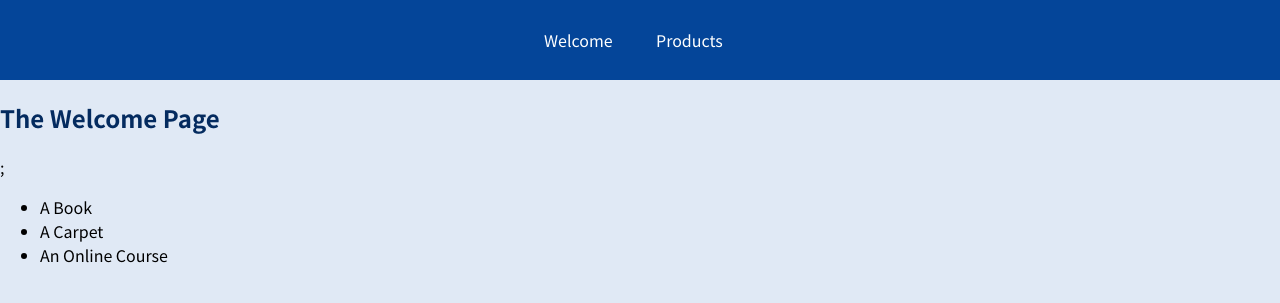
Repository: wenxi0504/13-ReactRouter
Page: /products
The author's editor kept a copy of each file at every save. The page is drawn from the files as they stood at one save, then again after the next save.
The browser window is 1280 px wide. The pictures show the whole page.
The project was rebuilt for these pictures with package versions that can differ from the ones it lists, and the page was loaded fresh each time. Also part of the build but not shown: src/pages/Welcome.js, src/pages/ProductDetails.js.

Above is the page before, as saved 2022-07-24 23:13:51.

### src/App.js
import { Route } from "react-router-dom";
import Welcome from "./pages/Welcome";
import Products from "./pages/Products";
import MainHeader from "./components/MainHeader";
import ProductDetail from "./pages/ProductDetails";

function App() {
  return (
    <div>
      <MainHeader />
      <Route path="/welcome">
        <Welcome />
      </Route>
      <Route path="/products">
        <Products />
      </Route>
      <Route path="/products/:productId">
        <ProductDetail />
      </Route>
    </div>
  );
}

export default App;

### src/pages/Products.js
import { Link } from "react-router-dom";

const Products = () => {
  return (
    <section>
      <h1>The Welcome Page</h1>;
      <ul>
        <li>A Book</li>
        <li>A Carpet</li>
        <li>An Online Course</li>
      </ul>
    </section>
  );
};

export default Products;

### src/components/MainHeader.js
import { Link, NavLink } from "react-router-dom";
import classes from "./MainHeader.module.css";
const MainHeader = () => {
  return (
    <header className={classes.header}>
      <nav>
        <ul>
          <li>
            {/* <Link href="/welcome">Welcome</Link> */}
            <NavLink activeClassName={classes.active} to="/welcome">
              Welcome
            </NavLink>
          </li>
          <li>
            <NavLink to="/products">Products</NavLink>
          </li>
        </ul>
      </nav>
    </header>
  );
};

export default MainHeader;

### src/components/MainHeader.module.css
.header {
    width: 100%;
    height: 5rem;
    background-color: #044599;
    padding: 0 10%;
}

.header nav {
    height: 100%;
}

.header ul {
    height: 100%;
    list-style: none;
    display: flex;
    padding: 0;
    margin: 0;
    align-items: center;
    justify-content: center;
}

.header li {
    margin: 0 1rem;
    width: 5rem;
}

.header a {
    color: white;
    text-decoration: none;
}

.header a:hover,
.header a:active,
.header a.active {
    color: #95bcf0;
    padding-bottom: 0.25rem;
    border-bottom: 4px solid #95bcf0;
}

Loaded but not shown: public/index.html (common file); src/index.js (common file); src/index.css (common file)

After the next save:
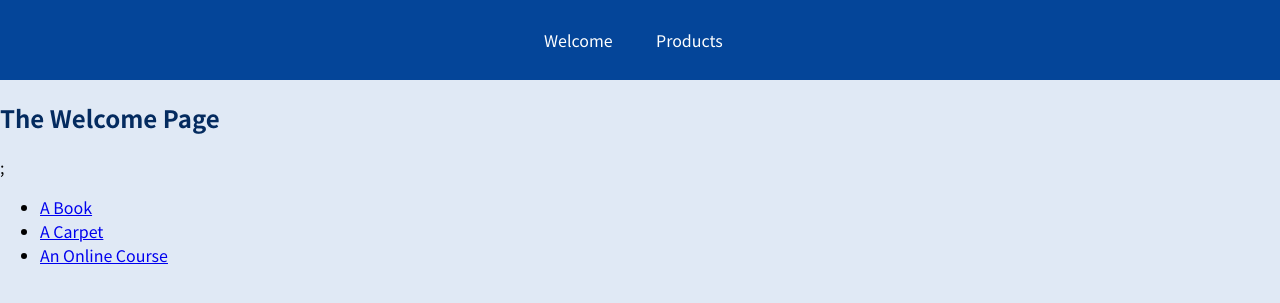
Saved 2 min 27 s later.
--- a/src/pages/Products.js
+++ b/src/pages/Products.js
@@ -5,9 +5,15 @@ const Products = () => {
     <section>
       <h1>The Welcome Page</h1>;
       <ul>
-        <li>A Book</li>
-        <li>A Carpet</li>
-        <li>An Online Course</li>
+        <li>
+          <Link to="/product/p1">A Book</Link>
+        </li>
+        <li>
+          <Link to="/product/p2">A Carpet</Link>
+        </li>
+        <li>
+          <Link to="/product/p3">An Online Course</Link>
+        </li>
       </ul>
     </section>
   );
